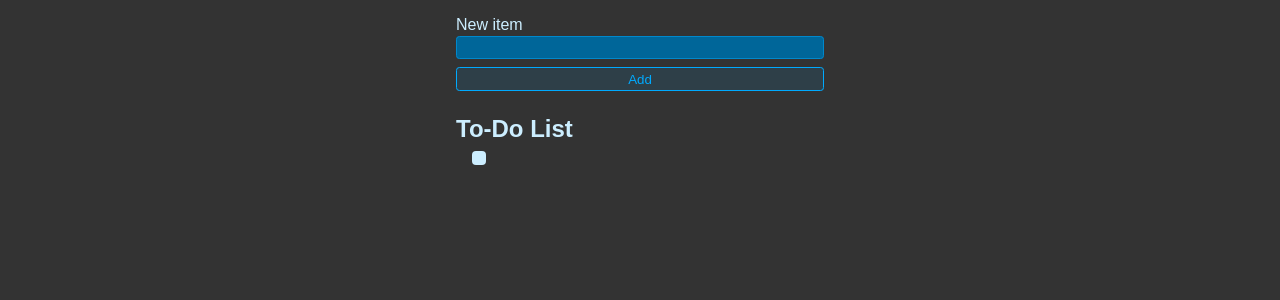
Repository: BellaMegasara/react_exercise_todolist
Page: / (app in react-to-do-list/)
The author's editor kept a copy of each file at every save. The page is drawn from the files as they stood at one save, then again after the next save.
The browser window is 1280 px wide. The pictures show the whole page.
The project was rebuilt for these pictures with package versions that can differ from the ones it lists, and the page was loaded fresh each time. Also part of the build but not shown: react-to-do-list/vite.config.js.

Above is the page before, as saved 2024-07-17 15:19:28.

### react-to-do-list/src/App.jsx
import "./styles.css"


export default function App() {
  return (
  <>
  <form className="new-item-form">
    <div className="form-row">
      <label>New item</label>
      <input type="text" id="item" />
    </div>
    <button className="btn">Add</button>
    </form>
    <h1 className="header">To-Do List</h1>
    <ul className="list">
      <li>
        <label>
          <input type="checkbox" />
        </label>
      </li>

    </ul>
    </>
    )
}

Loaded but not shown: react-to-do-list/index.html (common file); react-to-do-list/src/main.jsx (common file); react-to-do-list/src/styles.css (common file)

After the next save:
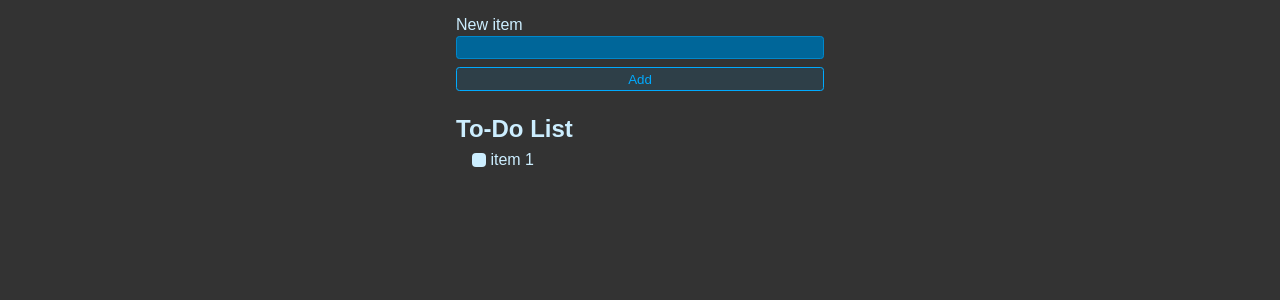
Saved 5 s later.
--- a/react-to-do-list/src/App.jsx
+++ b/react-to-do-list/src/App.jsx
@@ -16,6 +16,7 @@ export default function App() {
       <li>
         <label>
           <input type="checkbox" />
+          item 1
         </label>
       </li>
 
